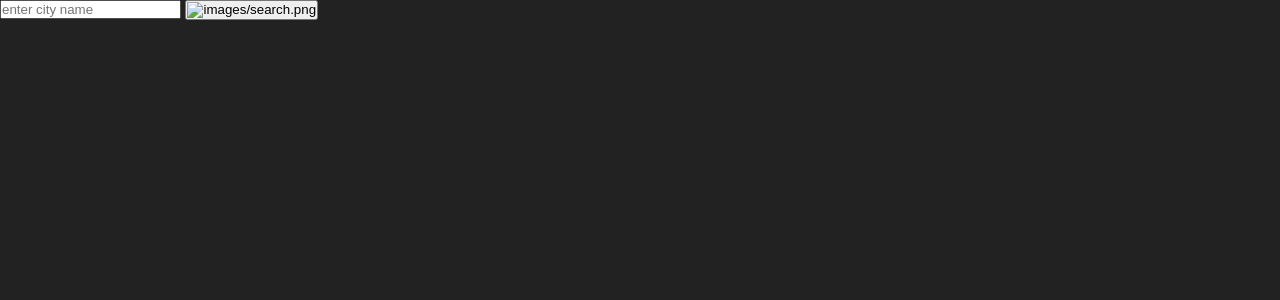
Repository: Alphosmart/weather
Page: index.html
An editor plug-in stored every save of this project. The page is shown before and after the next save, followed by the edit.
The browser window is 1280 px wide. The pictures show the whole page.

Above is the page before, as saved 2024-07-17 16:20:36.

After the next save:
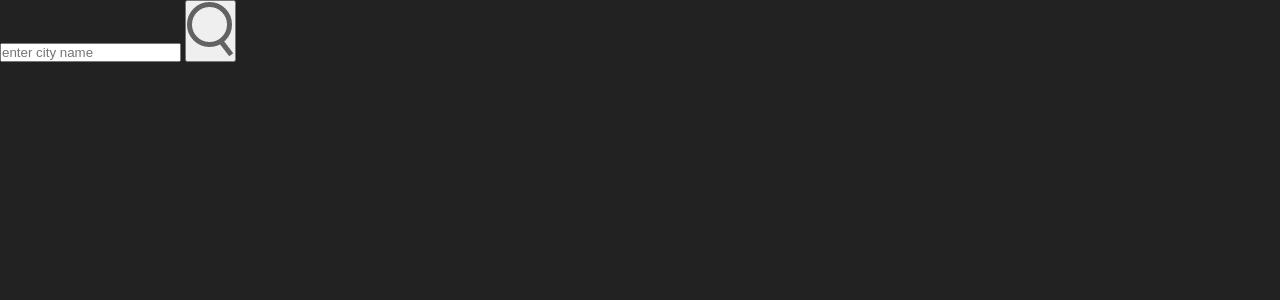
Saved 32 s later.
--- a/index.html
+++ b/index.html
@@ -10,7 +10,7 @@
     <div class="card">
       <div class="search">
         <input type="text" placeholder="enter city name" spellcheck="false" />
-        <button><img src="" alt="images/search.png" /></button>
+        <button><img src="images/search.png" /></button>
       </div>
     </div>
   </body>
